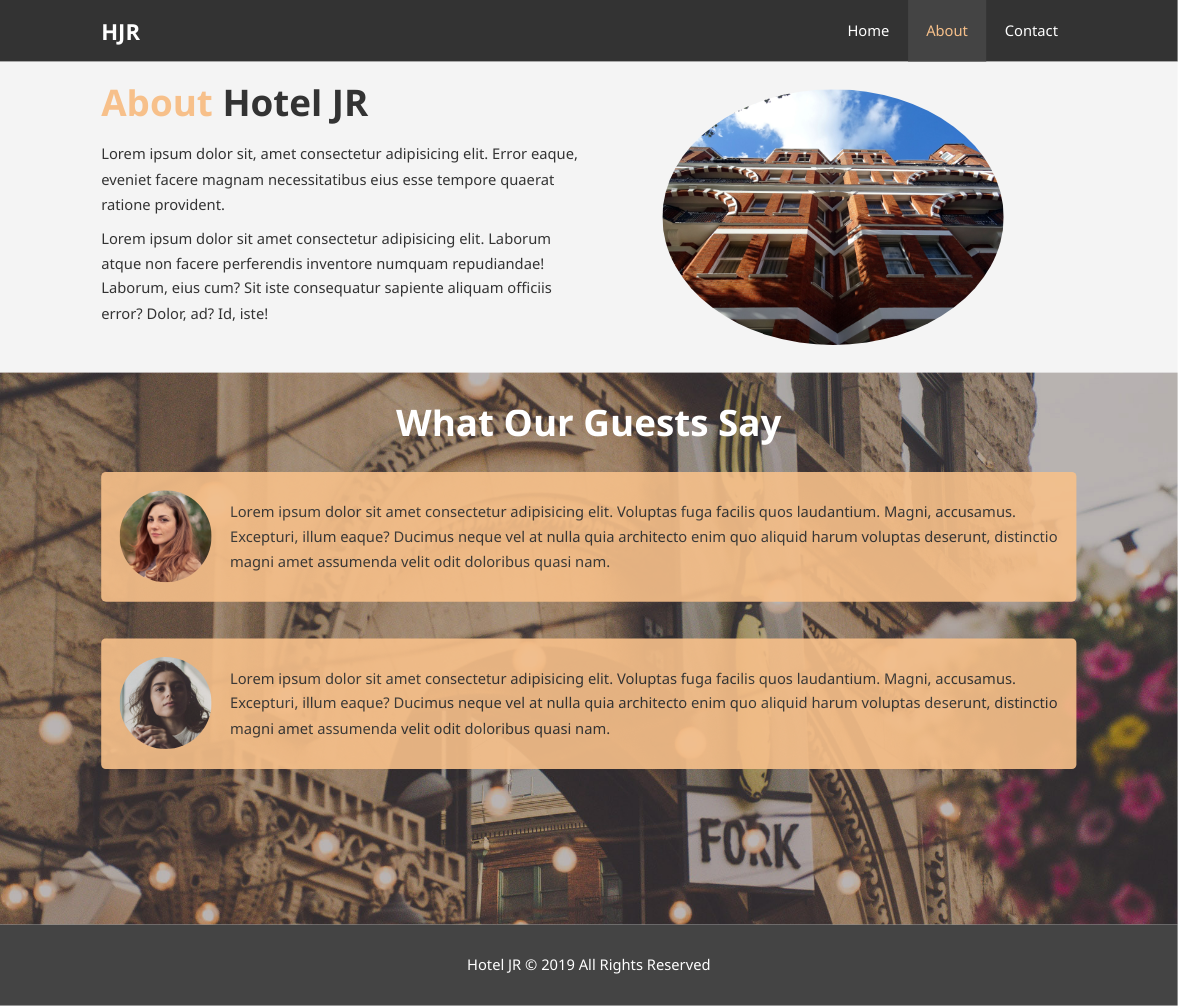
Repository: dimlutine/Hotel-Project
Page: about.html
An editor plug-in stored every save of this project. The page is shown before and after the next save, followed by the edit.
The browser window is 1280 px wide. The pictures show the whole page, at 92% of full size.

Above is the page before, as saved 2019-07-05 22:59:26.

After the next save:
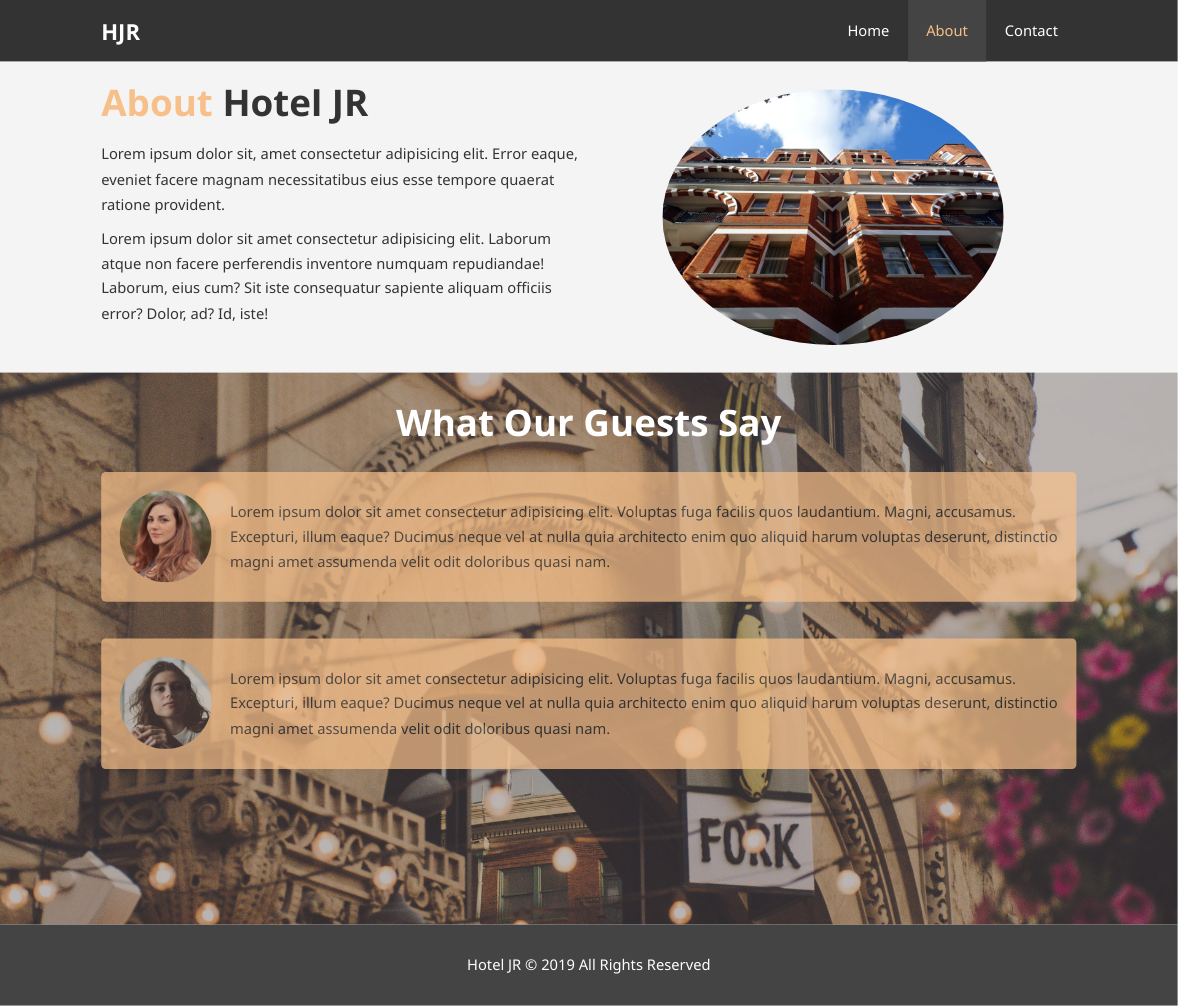
Saved 5 s later.
--- a/css/style.css
+++ b/css/style.css
@@ -243,7 +243,7 @@
     padding: 20px;
     margin-bottom: 40px;
     border-radius: 5px;
-    opacity: .9;
+    opacity: .7;
 }
 
 #testimonials .testimonial img {

After the save that followed:
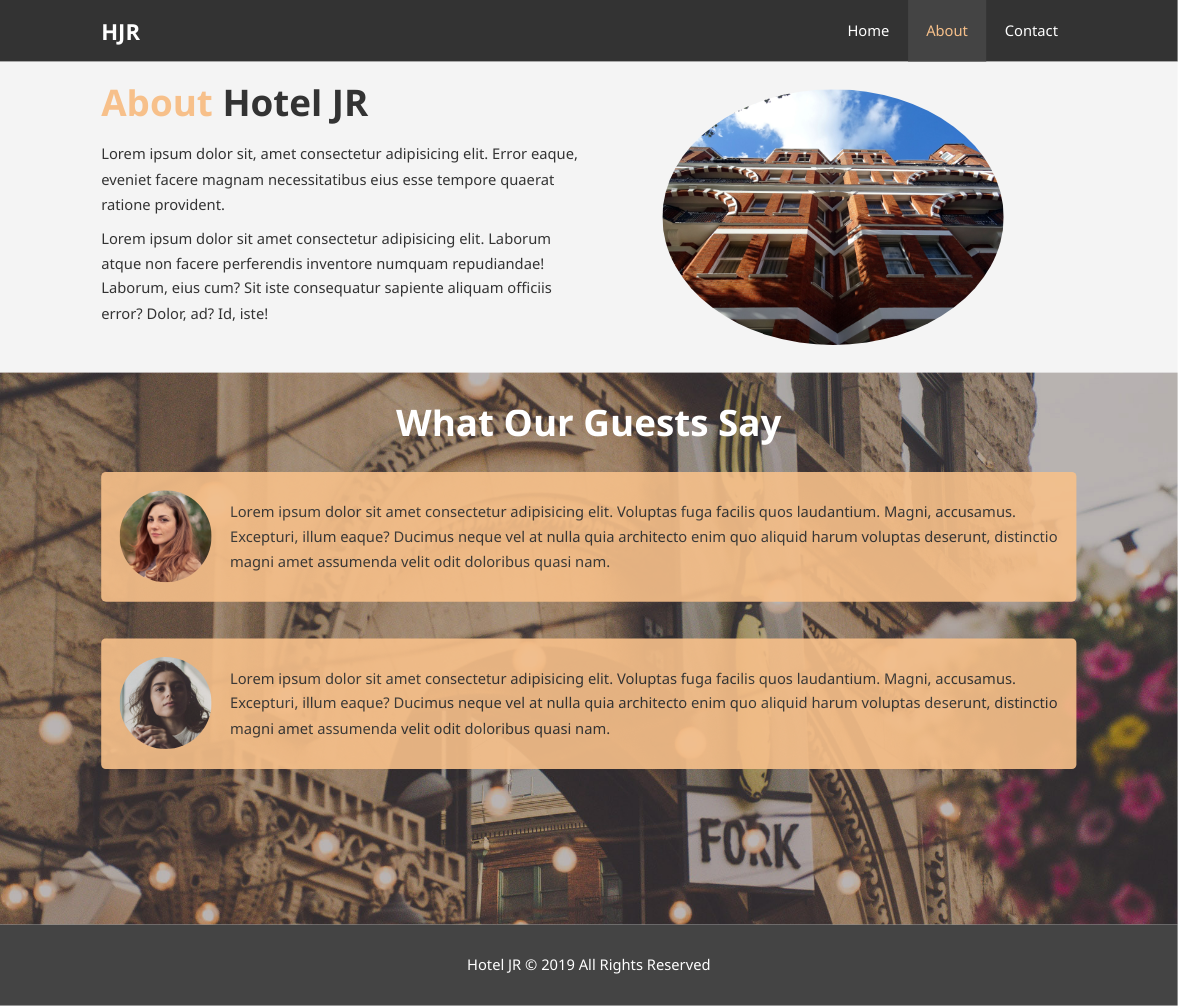
Saved 6 s later.
--- a/css/style.css
+++ b/css/style.css
@@ -243,7 +243,7 @@
     padding: 20px;
     margin-bottom: 40px;
     border-radius: 5px;
-    opacity: .7;
+    opacity: .9;
 }
 
 #testimonials .testimonial img {
